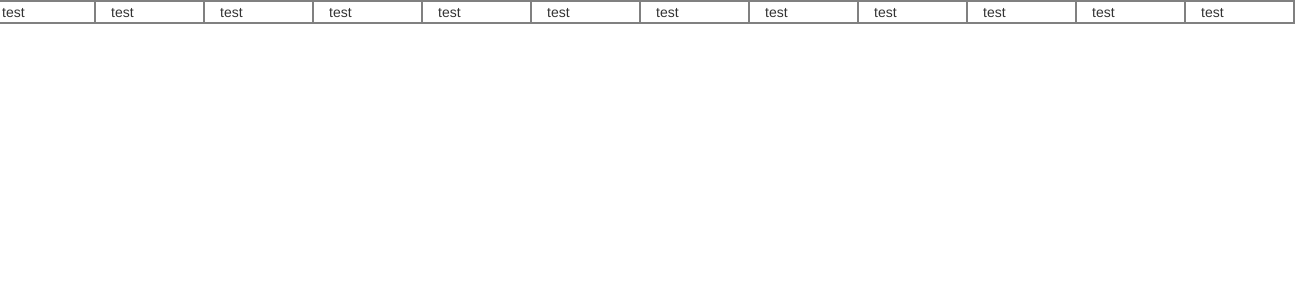
Repository: Umkimisstrong/UM_Webbb
Page: BootstrapApp/WebContent/BootEx07.html
The author's editor kept a copy of each file at every save. The page is drawn from the files as they stood at one save, then again after the next save.
The browser window is 1280 px wide. The page is 1295 px wide, so the pictures cover 1295 px, including what lies to the right of the window. The pictures show the whole page.

Above is the page before, as saved 2022-05-16 03:46:39.

### BootstrapApp/WebContent/BootEx07.html
<!DOCTYPE html>
<html>
<head>
<meta charset="UTF-8">
<title>BootEx07.html</title>
<style type="text/css">
	div
	{
		border: 1px solid gray;
	}
</style>
<link rel="stylesheet" type="text/css" href="css/bootstrap.css">
<script type="text/javascript" src="http://code.jquery.com/jquery.min.js"></script>
<script type="text/javascript" src="js/bootstrap.min.js"></script>

</head>
<body>

<!--
	※ 그리드시스템 → 영역 분할 ▶ 기본 12 분할

	   사용할 클래스 『.col-xs』    『.col-sm』 『.col-md』 『.col-lg』

	   브라우저 크기   아주작은기기   작은기기   중간기기   큰기기

 -->

<div class="row">
	<div class="col-xs-1">test</div>
	<div class="col-xs-1">test</div>
	<div class="col-xs-1">test</div>
	<div class="col-xs-1">test</div>
	<div class="col-xs-1">test</div>
	<div class="col-xs-1">test</div>
	<div class="col-xs-1">test</div>
	<div class="col-xs-1">test</div>
	<div class="col-xs-1">test</div>
	<div class="col-xs-1">test</div>
	<div class="col-xs-1">test</div>
	<div class="col-xs-1">test</div>

</div>







</body>
</html>

Loaded but not shown: BootstrapApp/WebContent/css/bootstrap.css (library); BootstrapApp/WebContent/js/bootstrap.min.js (library)

After the next save:
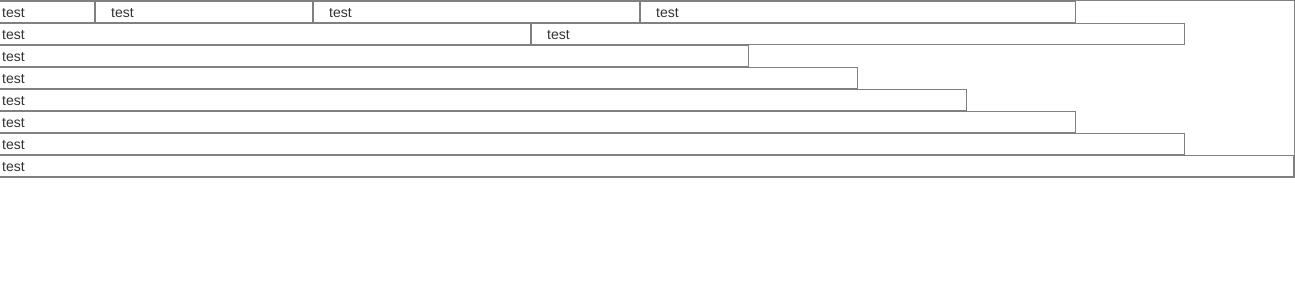
Saved 28 s later.
--- a/BootstrapApp/WebContent/BootEx07.html
+++ b/BootstrapApp/WebContent/BootEx07.html
@@ -27,17 +27,17 @@
 
 <div class="row">
 	<div class="col-xs-1">test</div>
-	<div class="col-xs-1">test</div>
-	<div class="col-xs-1">test</div>
-	<div class="col-xs-1">test</div>
-	<div class="col-xs-1">test</div>
-	<div class="col-xs-1">test</div>
-	<div class="col-xs-1">test</div>
-	<div class="col-xs-1">test</div>
-	<div class="col-xs-1">test</div>
-	<div class="col-xs-1">test</div>
-	<div class="col-xs-1">test</div>
-	<div class="col-xs-1">test</div>
+	<div class="col-xs-2">test</div>
+	<div class="col-xs-3">test</div>
+	<div class="col-xs-4">test</div>
+	<div class="col-xs-5">test</div>
+	<div class="col-xs-6">test</div>
+	<div class="col-xs-7">test</div>
+	<div class="col-xs-8">test</div>
+	<div class="col-xs-9">test</div>
+	<div class="col-xs-10">test</div>
+	<div class="col-xs-11">test</div>
+	<div class="col-xs-12">test</div>
 
 </div>
 
